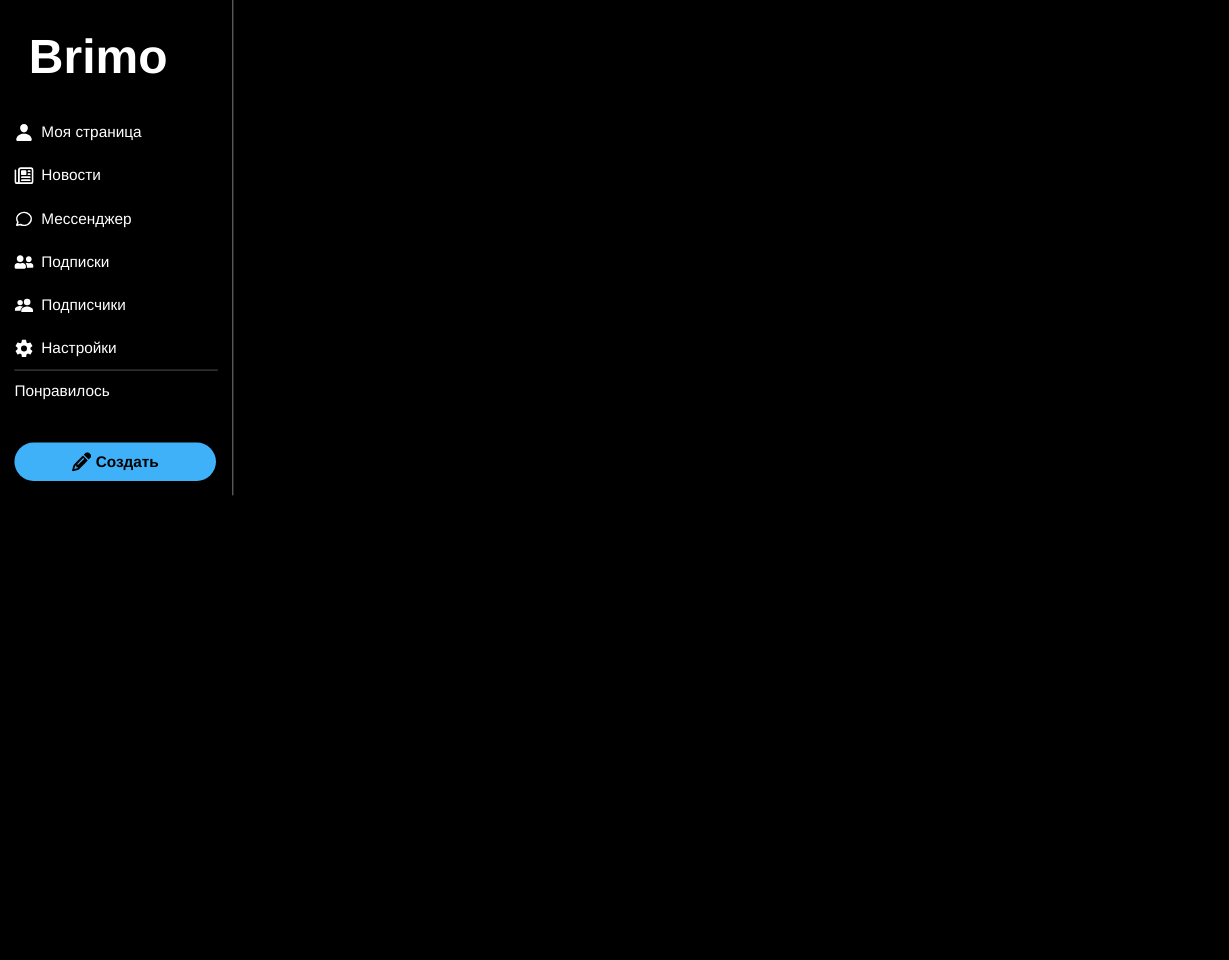
Repository: MaksimKrupkin/socialNetwork
Page: / (app in frontend/socialNetworkFrontend/)
The author's editor kept a copy of each file at every save. The page is drawn from the files as they stood at one save, then again after a run of saves.
The browser window is 1280 px wide. The pictures show the whole page, at 96% of full size.
The project was rebuilt for these pictures with package versions that can differ from the ones it lists, and the page was loaded fresh each time. Also part of the build but not shown: frontend/socialNetworkFrontend/vite.config.js, frontend/socialNetworkFrontend/src/index.css.

Above is the page before, as saved 2024-11-27 20:24:40.

### frontend/socialNetworkFrontend/index.html
<!DOCTYPE html>
<html lang="en">
  <head>
    <meta charset="UTF-8" />
    <link rel="icon" type="image/svg+xml" href="/vite.svg" />
    <meta name="viewport" content="width=device-width, initial-scale=1.0" />
    <title>Brimo</title>
  </head>
  <body>
    <div id="root"></div>
    <script type="module" src="/src/main.jsx"></script>
  </body>
</html>

### frontend/socialNetworkFrontend/src/App.jsx
import './App.css';
import { Routes, Route } from 'react-router-dom';
import MainPage from './Pages/MainPage/MainPage';

function App() {
  return (
    <div>
      <Routes>
        <Route path="/" element={<MainPage />} />
      </Routes>
    </div>
  );
}

export default App;

### frontend/socialNetworkFrontend/src/Pages/MainPage/MainPage.jsx
import React from 'react';
import styles from './MainPage.module.scss';
import Navigation from '../../Components/Navigation/Navigation';

function MainPage() {
  return (
    <div className={styles.wrapper}>
      <Navigation />
    </div>
  );
}
export default MainPage;

### frontend/socialNetworkFrontend/src/Pages/MainPage/MainPage.module.scss
.wrapper {
  margin: 0 auto;
  background-color: black;
  width: 100%;
  height: 1000px;
  color: white;
  font-weight: 700;
  font-family: 'Favorit Modern', 'Helvetica Neue', 'HelveticaNeue', Arial, Helvetica, sans-serif;
}

### frontend/socialNetworkFrontend/src/Components/Navigation/Navigation.jsx
import React from 'react';
import styles from './Navigation.module.scss';
import { FaRegNewspaper } from 'react-icons/fa6';
import { TbMessageCircle } from 'react-icons/tb';
import { IoPerson } from 'react-icons/io5';
import { FaUserFriends } from 'react-icons/fa';
import { IoPeopleSharp } from 'react-icons/io5';
import { IoSettingsSharp } from 'react-icons/io5';
import { FaPencil } from 'react-icons/fa6';

const Navigation = () => {
  return (
    <div className={styles.wrapper}>
      <header className={styles.header}>
        <div className={styles.logo}>Brimo</div>
      </header>
      <div className={styles.item}>
        <IoPerson fontSize={20} />
        <span className={styles.text}>Моя страница</span>
      </div>
      <div className={styles.item}>
        <FaRegNewspaper fontSize={20} />
        <span className={styles.text}>Новости</span>
      </div>
      <div className={styles.item}>
        <TbMessageCircle fontSize={20} />
        <span className={styles.text}>Мессенджер</span>
      </div>
      <div className={styles.item}>
        <FaUserFriends fontSize={20} />
        <span className={styles.text}>Подписки</span>
      </div>
      <div className={styles.item}>
        <IoPeopleSharp fontSize={20} />
        <span className={styles.text}>Подписчики</span>
      </div>
      <div className={styles.item}>
        <IoSettingsSharp fontSize={20} />
        <span className={styles.text}>Настройки</span>
      </div>
      <hr className={styles.line} />
      <div className={styles.item}>
        <span className={styles.text}>Понравилось</span>
      </div>
      <div className={styles.create_new}>
        <FaPencil style={{ color: 'black', fontSize: '20px' }} />
        <span className={styles.button_text}>Создать</span>
      </div>
    </div>
  );
};

export default Navigation;

### frontend/socialNetworkFrontend/src/Components/Navigation/Navigation.module.scss
.wrapper {
  width: 19%;
  margin-top: 0px;
  padding: 15px;
  overflow-y: hidden;
  border-right: 1px solid gray;
}
.header {
  height: 100px;
  padding: 15px;
  .logo {
    font-size: 50px;
  }
}
.item {
  height: 45px;
  display: flex;
  align-items: center;
  justify-content: flex-start;
  gap: 8px;
}
.text {
  font-size: 16px;
  font-weight: 300;
}
.line {
  width: 100%;
  height: 0.5px;
  background-color: rgb(83, 83, 90);
  border: none;
}

.create_new {
  margin-top: 30px;
  width: 99%;
  height: 40px;
  background-color: rgb(63, 177, 248);
  border-radius: 25px;
  display: flex;
  justify-content: center;
  align-items: center;
  gap: 5px;
  .button_text {
    color: black;
  }
}

Loaded but not shown: frontend/socialNetworkFrontend/src/main.jsx (common file); frontend/socialNetworkFrontend/src/App.css (common file)

After the next 2 saves:
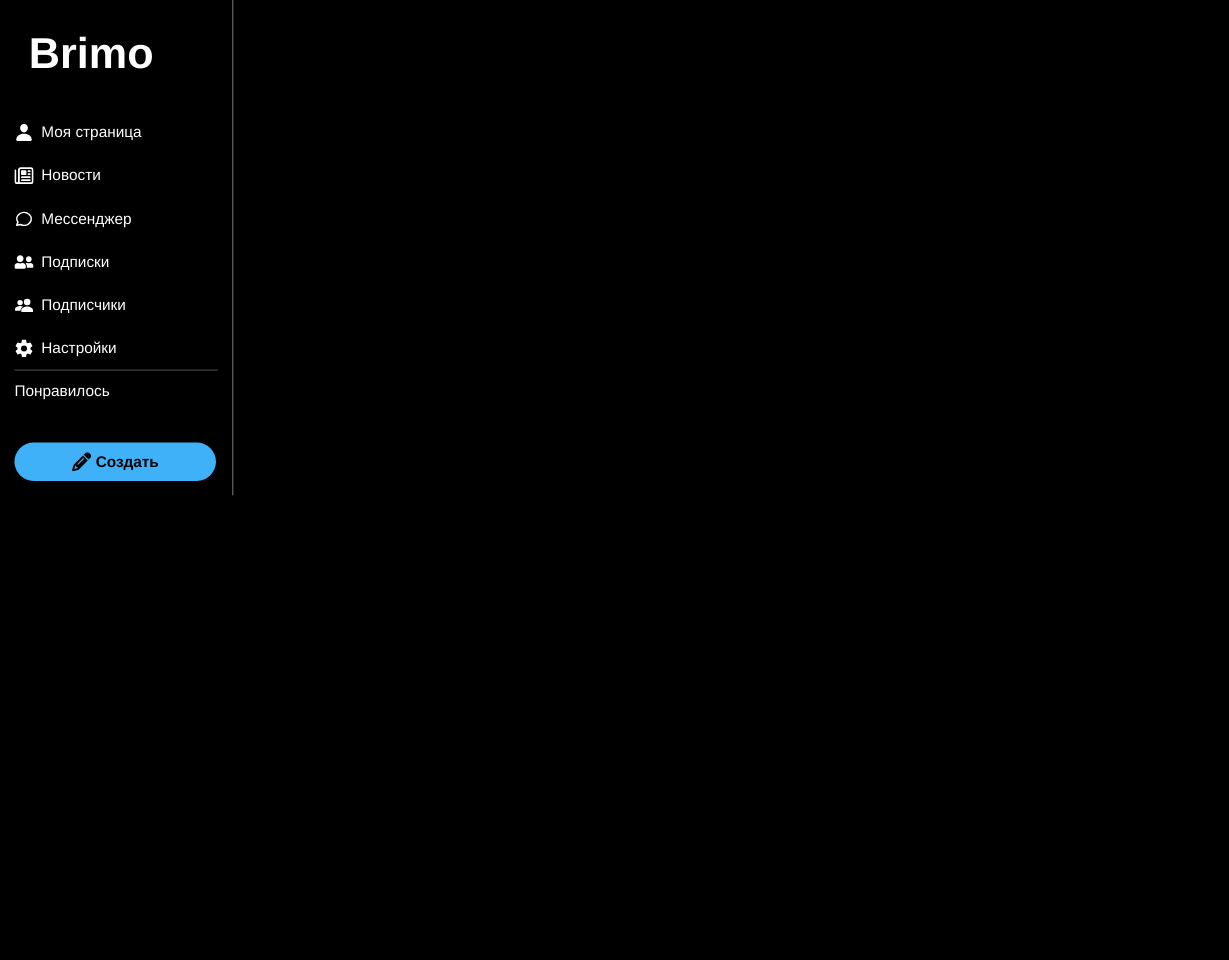
The 2 saves are shown as one change because they came seconds apart.
The last was saved 14 s later.
--- a/frontend/socialNetworkFrontend/src/Components/Navigation/Navigation.module.scss
+++ b/frontend/socialNetworkFrontend/src/Components/Navigation/Navigation.module.scss
@@ -9,7 +9,7 @@
   height: 100px;
   padding: 15px;
   .logo {
-    font-size: 50px;
+    font-size: 45px;
   }
 }
 .item {
